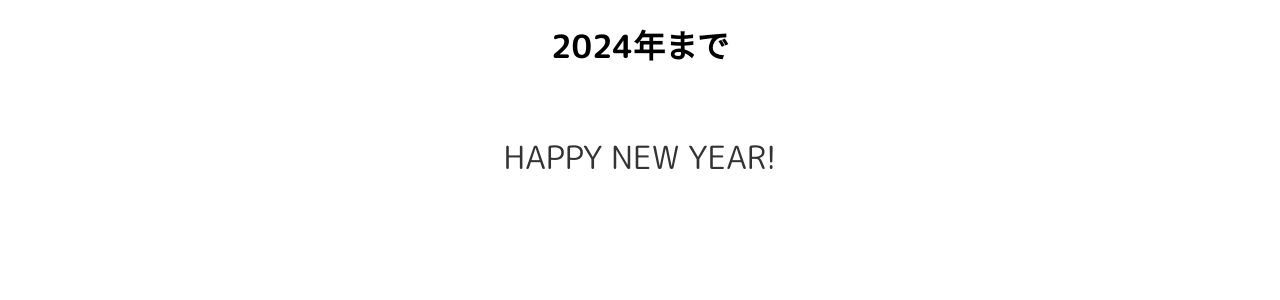
Repository: end888160/end888160.github.io
Page: countdown.ja.html
The author's editor kept a copy of each file at every save. The page is drawn from the files as they stood at one save, then again after the next save.
The browser window is 1280 px wide. The pictures show the whole page.

Above is the page before, as saved 2024-09-22 22:12:58.
Console error: TypeError: countdown is not a function

After the next save:
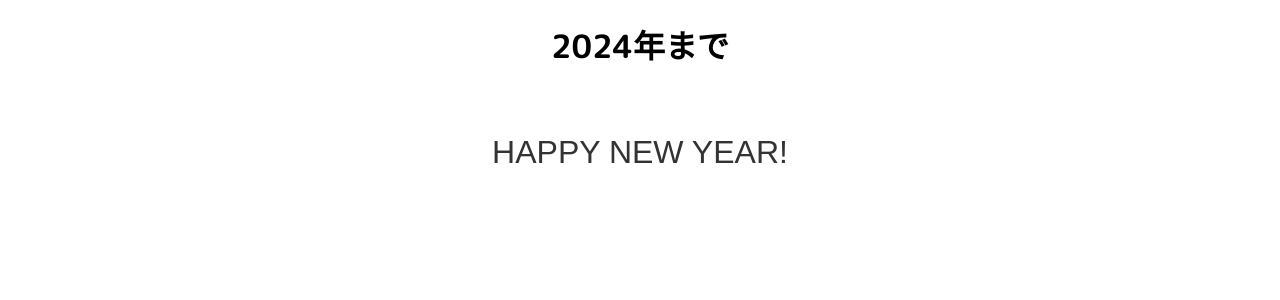
Saved 84 s later.
--- a/countdown.ja.html
+++ b/countdown.ja.html
@@ -10,10 +10,13 @@
 	<link href="https://fonts.googleapis.com/css2?family=M+PLUS+Rounded+1c:wght@100;300;400;500;700;800;900&display=swap" rel="stylesheet">
 	<title>Countdown</title>
 	<style>
+	html {
+		font-family: "M PLUS Rounded 1c", "Lato", "Noto Sans JP", "ヒラギノ角ゴ ProN", "Hiragino Kaku Gothic ProN", "メイリオ", Meiryo, "ＭＳ Ｐゴシック", "MS PGothic", sans-serif;
+	}
 	#countdown {
 		display: flex;
 		justify-content: center;
-		font-family: "M PLUS Rounded 1c", sans-serif;
+		font-family:  sans-serif;
   		font-weight: 400;
 		font-size: xx-large;
 		margin-top: 5%;
@@ -50,7 +53,6 @@
 	}
 	h1 {
 		text-align: center;
-		font-family: "M PLUS Rounded 1c", sans-serif;
 		font-size: xx-large;
 
 	}

After the save that followed:
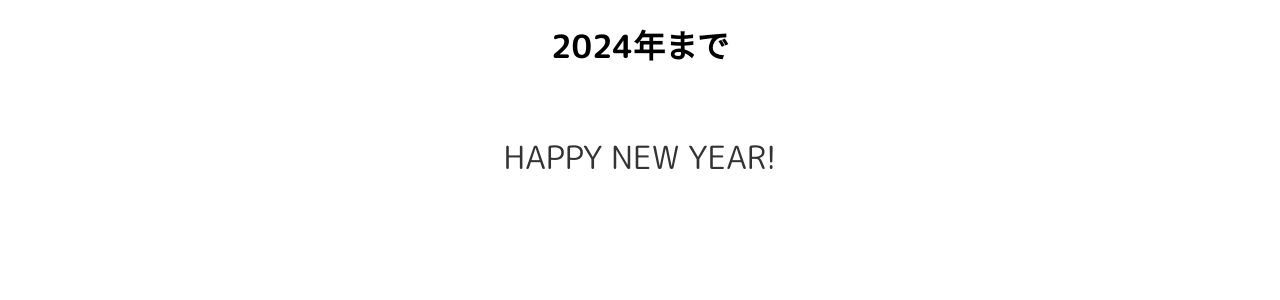
Saved 103 s later.
--- a/countdown.ja.html
+++ b/countdown.ja.html
@@ -10,7 +10,7 @@
 	<link href="https://fonts.googleapis.com/css2?family=M+PLUS+Rounded+1c:wght@100;300;400;500;700;800;900&display=swap" rel="stylesheet">
 	<title>Countdown</title>
 	<style>
-	html {
+	body {
 		font-family: "M PLUS Rounded 1c", "Lato", "Noto Sans JP", "ヒラギノ角ゴ ProN", "Hiragino Kaku Gothic ProN", "メイリオ", Meiryo, "ＭＳ Ｐゴシック", "MS PGothic", sans-serif;
 	}
 	#countdown {
@@ -22,7 +22,7 @@
 		margin-top: 5%;
 		color: #333;
 		border-color: white;
-
+		font-family: "M PLUS Rounded 1c", "Lato", "Noto Sans JP", "ヒラギノ角ゴ ProN", "Hiragino Kaku Gothic ProN", "メイリオ", Meiryo, "ＭＳ Ｐゴシック", "MS PGothic", sans-serif;
 
 	}
 	.counttdown-table {
